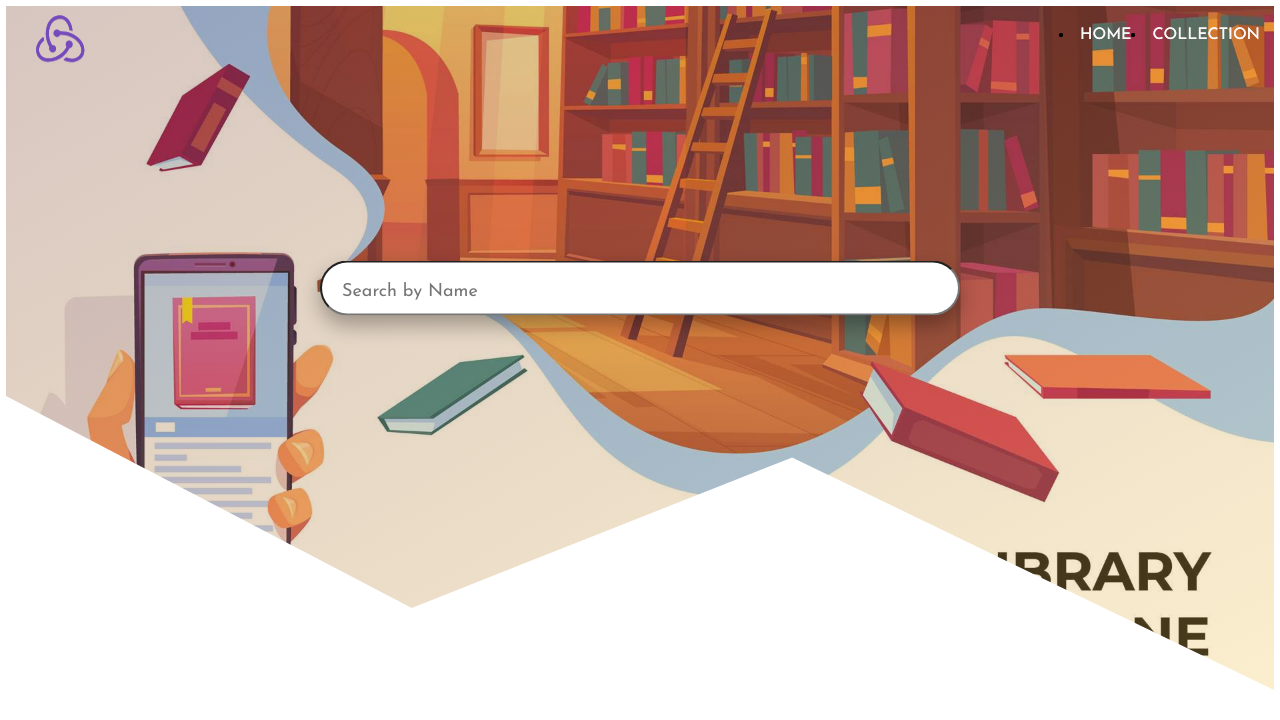
Repository: Kol124/react-book-library
Page: /
An editor plug-in stored every save of this project. The page is shown before and after the next save, followed by the edit.
The browser window is 1280 px wide. The pictures show the whole page.
The project was rebuilt for these pictures with package versions that can differ from the ones it lists, and the page was loaded fresh each time.

Above is the page before, as saved 2021-07-13 18:36:23.

After the next save:
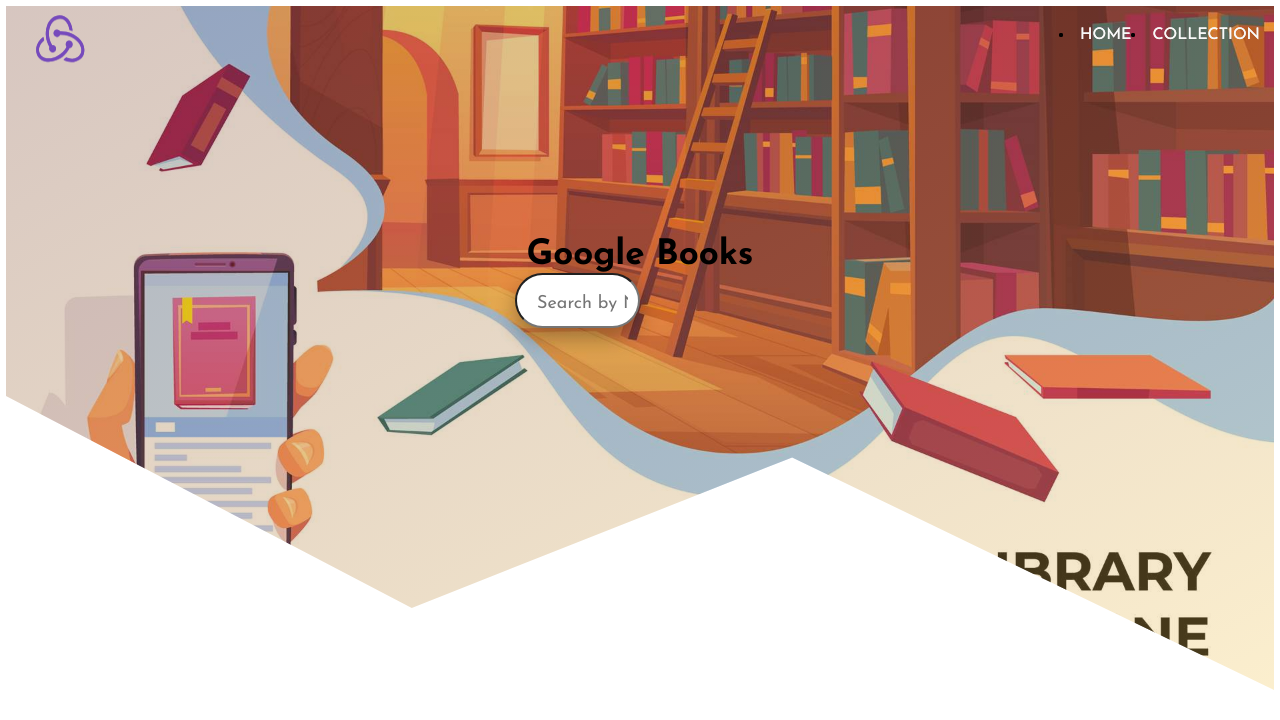
Saved 8 min 34 s later.
--- a/src/components/Home.js
+++ b/src/components/Home.js
@@ -6,12 +6,27 @@
   return (
     <div>
       <Header />
-      <Search type="text" placeholder="Search by Name" />
+      <HeroContent>
+        <Heading>Google Books</Heading>
+        <Search type="text" placeholder="Search by Name" />
+      </HeroContent>
     </div>
   );
 }
 
-const Container = styled.main`
+const HeroContent = styled.div`
+  transform: translate(-50%, -50%);
+  position: absolute;
+  top: 40%;
+  left: 50%;
+`;
+
+const Heading = styled.h1`
+  text-align: center;
+  font-size: 3.5rem;
+`;
+
+const Grid = styled.main`
   min-height: calc(100vh - 250px);
   overflow-x: hidden;
   top: 72px;
@@ -24,15 +39,11 @@
   font-family: "Josefin Sans", cursive;
   padding: 1.5rem 1rem 1rem 2rem;
   margin: 0 auto 1rem auto;
-  position: absolute;
   height: 5.5rem;
   color: #ccc;
   width: 50%;
-  top: 40%;
-  left: 50%;
   outline: none;
   font-size: 1.8rem;
   border-radius: 3rem;
-  transform: translate(-50%, -50%);
   box-shadow: 0 10px 20px rgba(0, 0, 0, 0.3);
 `;
